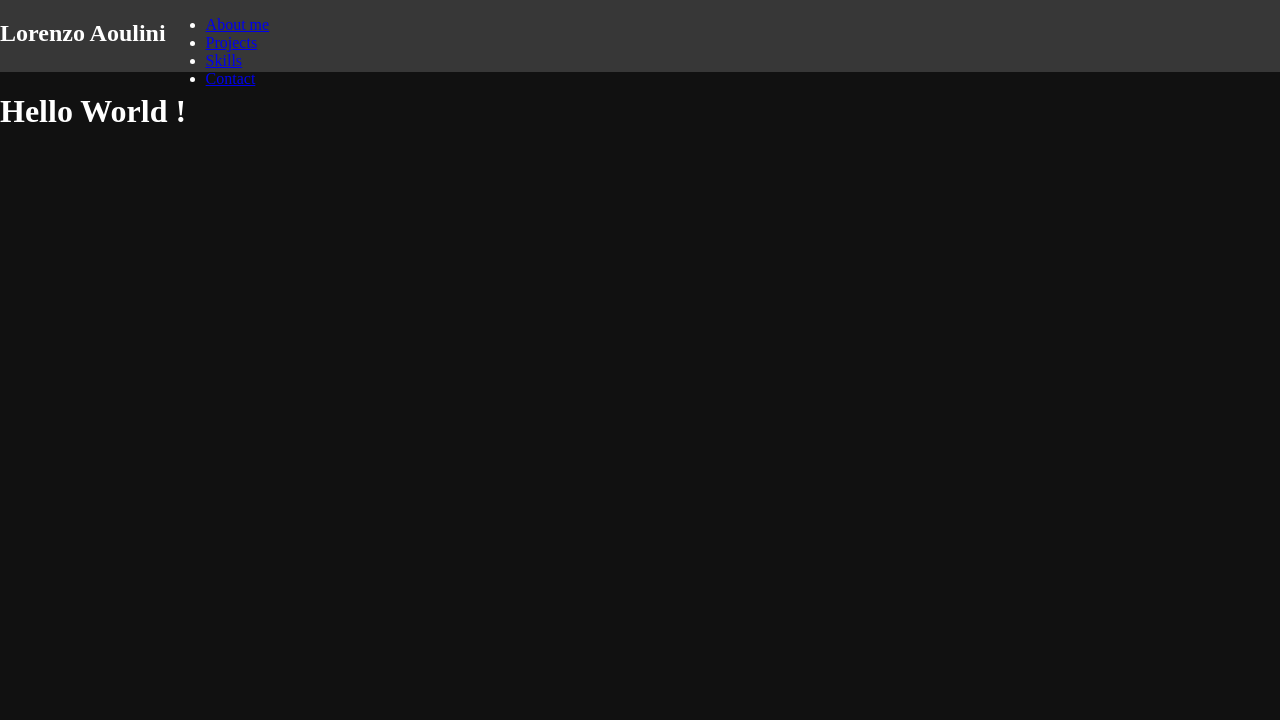
Repository: lolo298/lolo298.github.io
Page: index.html
These files come from the project's save history. The page is drawn as it stood at one moment and after the next save; the edit follows.
The browser window is 1280 px wide. The pictures show the whole page.

Above is the page before, as saved 2022-05-09 16:37:33.

### index.html
<!DOCTYPE html>
<html lang="en">

<head>
    <meta charset="UTF-8">
    <meta http-equiv="X-UA-Compatible" content="IE=edge">
    <meta name="viewport" content="width=device-width, initial-scale=1.0">
    <link rel="stylesheet" href="css/style.css">
    <title>Portfolio</title>
</head>

<body>
    <div class="main-container">
        <nav class="main-navbar">
            <h1>Lorenzo Aoulini</h1>
            <ul class="main-navbar-list">
                <li class="main-navbar-item"><a href="#">About me</a></li>
                <li class="main-navbar-item"><a href="#">Projects</a></li>
                <li class="main-navbar-item"><a href="#">Skills</a></li>
                <li class="main-navbar-item"><a href="#">Contact</a></li>
        </nav>
        <h1>Hello World !</h1>

    </div>

</body>

</html>

### css/style.css
html {
    background-color: #111111;
}

.main-container {
    color: white;
    height: 100vh;
}

.main-navbar {
    background-color: #373737;
    height: 10%;
    display: flex;
}

body,
.main-navbar {
    padding: 0;
    margin: 0;
}

After the next save:
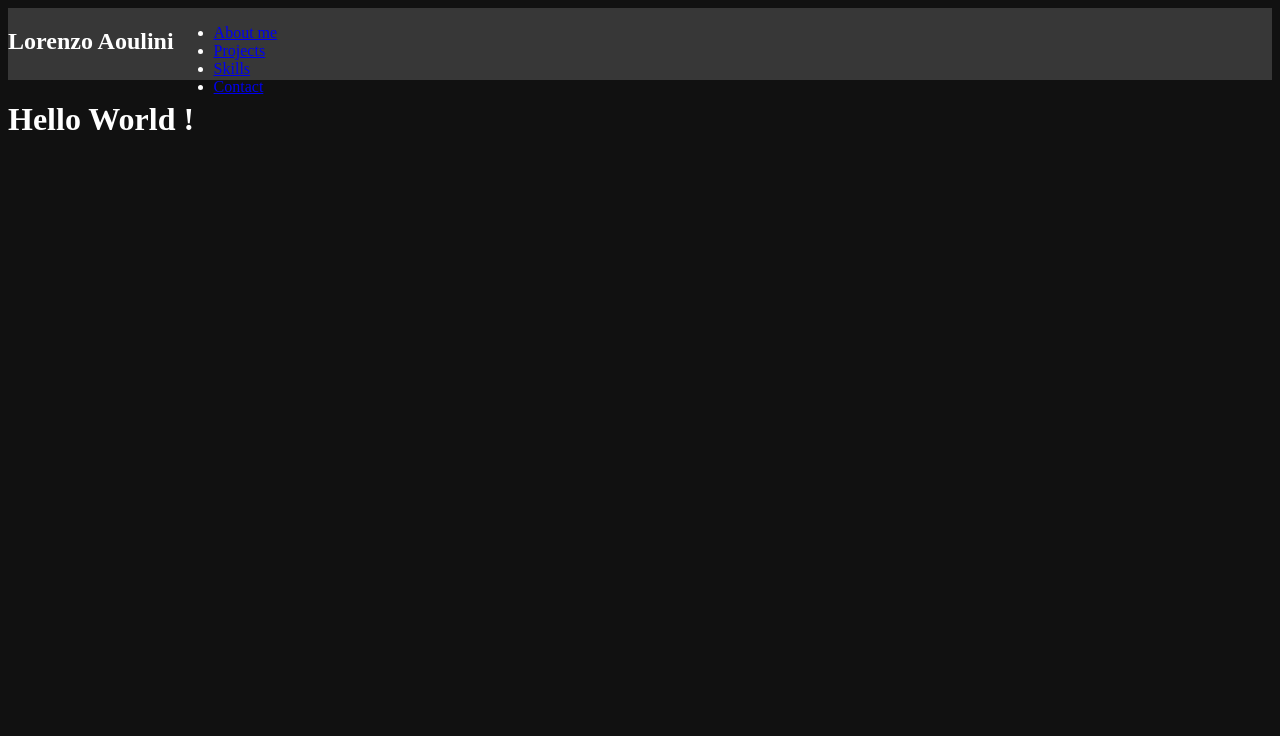
Saved 7 s later.
--- a/css/style.css
+++ b/css/style.css
@@ -12,9 +12,3 @@ html {
     height: 10%;
     display: flex;
 }
-
-body,
-.main-navbar {
-    padding: 0;
-    margin: 0;
-}

After the save that followed:
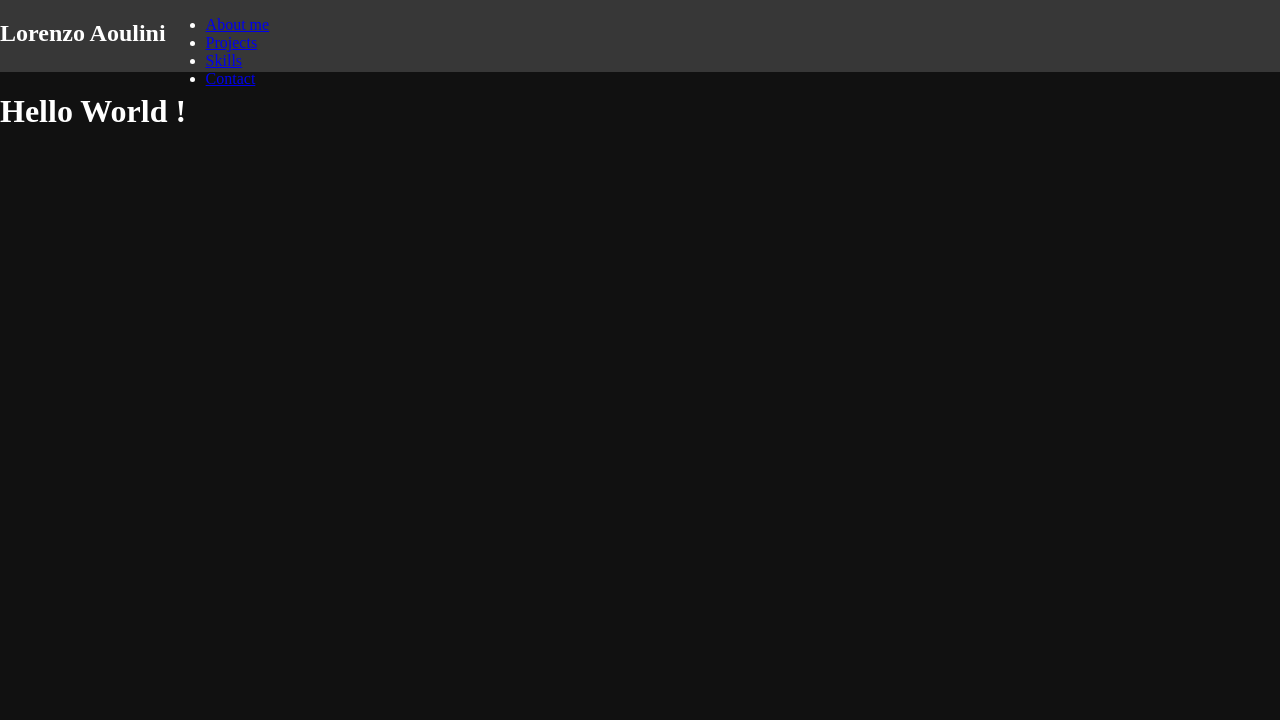
Saved 36 s later.
--- a/css/style.css
+++ b/css/style.css
@@ -1,5 +1,10 @@
 html {
     background-color: #111111;
+}
+
+body {
+    padding: 0;
+    margin: 0;
 }
 
 .main-container {
